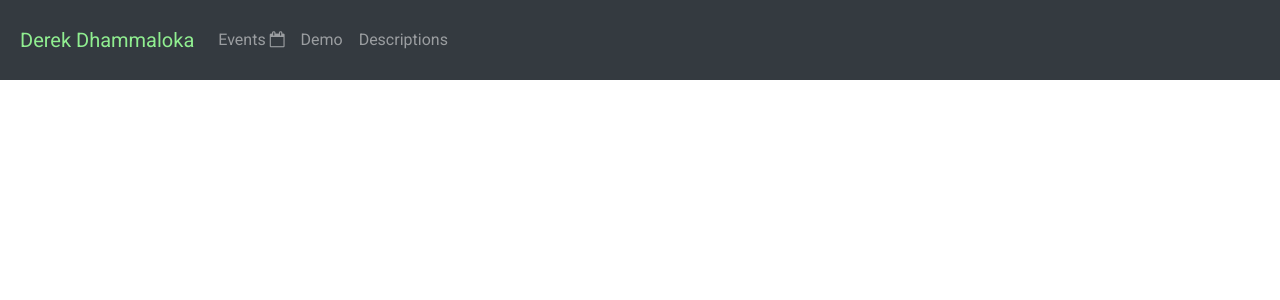
Repository: derektypist/product-landing-page
Page: index.html
The author's editor kept a record of every edit. The page is drawn from the files as they stood at one moment, then again after the next edit.
The browser window is 1280 px wide. The pictures show the whole page.

Above is the page before.

After the next edit:
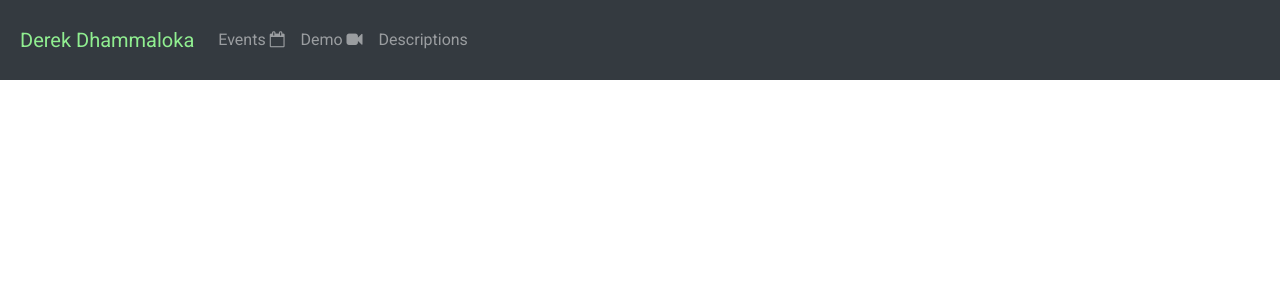
The edit:
--- a/index.html
+++ b/index.html
@@ -43,7 +43,7 @@
                         <a class="nav-link" href="#">Events <i class="fa fa-calendar-o" aria-hidden="true"></i></a>
                     </li>
                     <li class="nav-item">
-                        <a class="nav-link" href="#">Demo</a>
+                        <a class="nav-link" href="#">Demo <i class="fa fa-video-camera" aria-hidden="true"></i></a>
                     </li>
                     <li class="nav-item">
                         <a class="nav-link" href="#">Descriptions</a>
